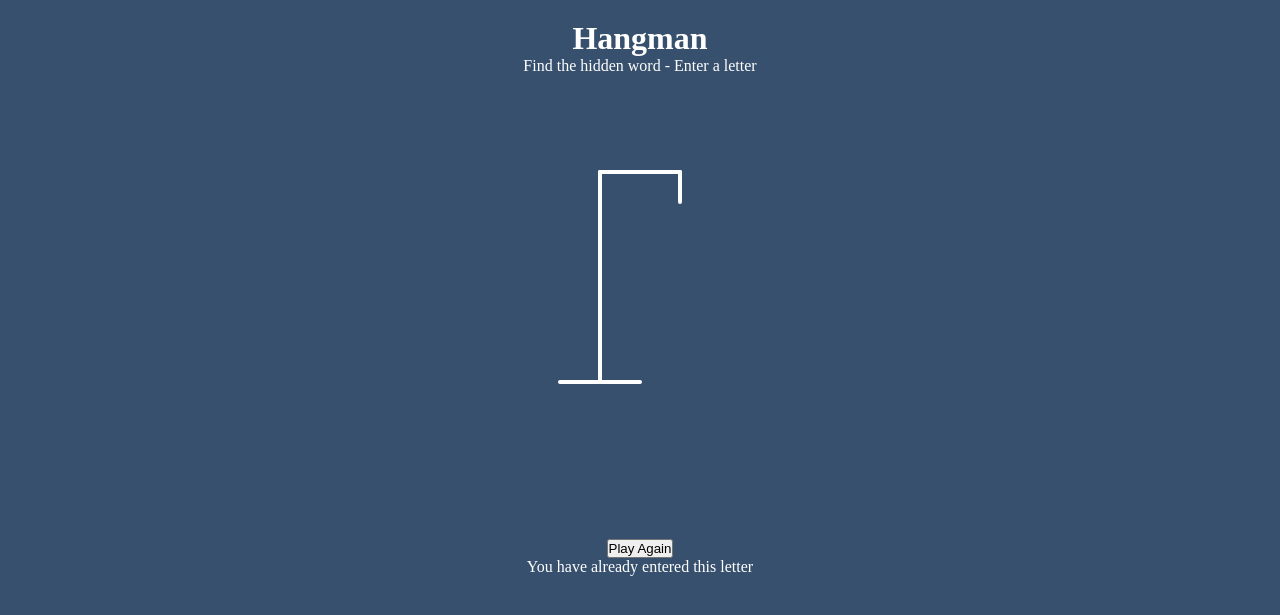
Repository: CAMPSLOPY/HangMan
Page: index.html
The author's editor kept a copy of each file at every save. The page is drawn from the files as they stood at one save, then again after the next save.
The browser window is 1280 px wide. The pictures show the whole page.
Some web fonts or font styles are not loaded; a fallback is used.

Above is the page before, as saved 2021-01-26 15:07:40.

After the next save:
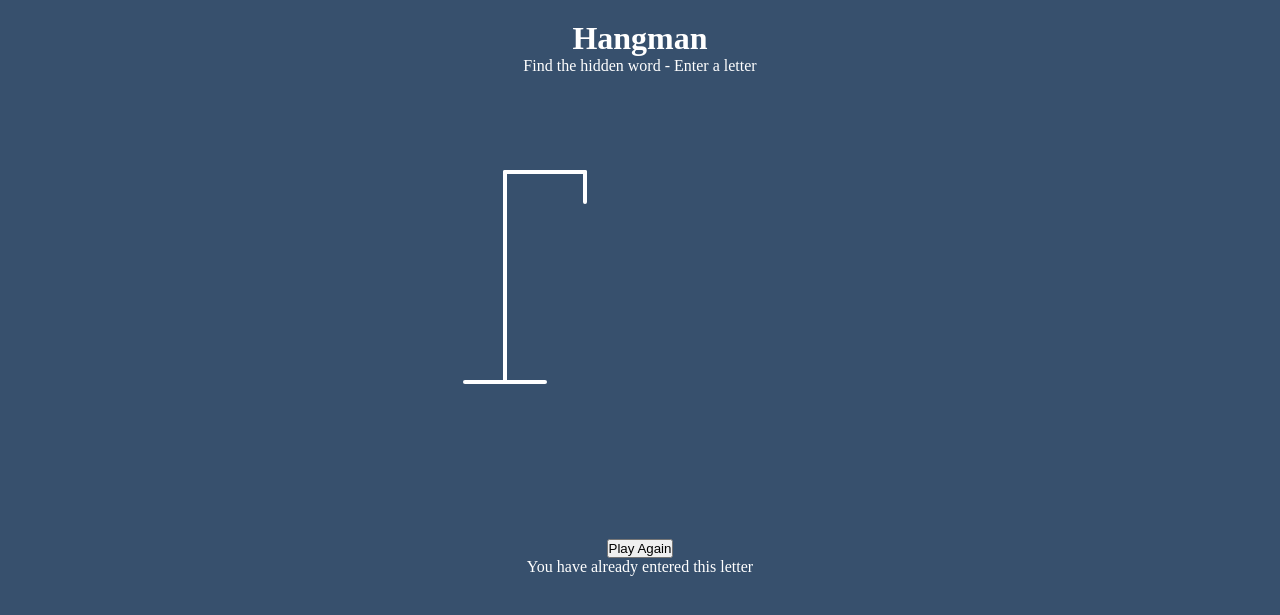
Saved 4 s later.
--- a/styles.css
+++ b/styles.css
@@ -18,12 +18,12 @@ body {
 h1 {
   padding: 20px 0 0;
 }
-.game-container{
+.game-container {
   padding: 20px 30px;
   position: relative;
   margin: auto;
   height: 350px;
-  width: ;
+  width: 450px;
 }
 .figure-container {
   fill: transparent;
